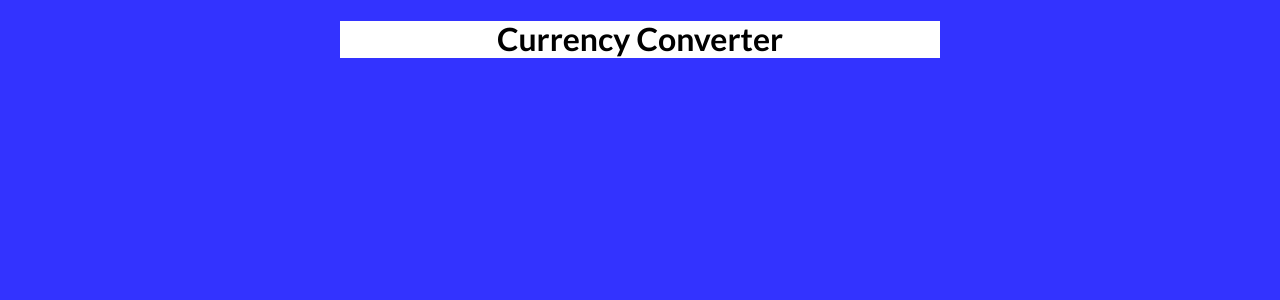
Repository: kkasperczyk/currency-converter
Page: index.html
An editor plug-in stored every save of this project. The page is shown before and after the next save, followed by the edit.
The browser window is 1280 px wide. The pictures show the whole page.

Above is the page before, as saved 2020-06-15 21:56:33.

After the next save:
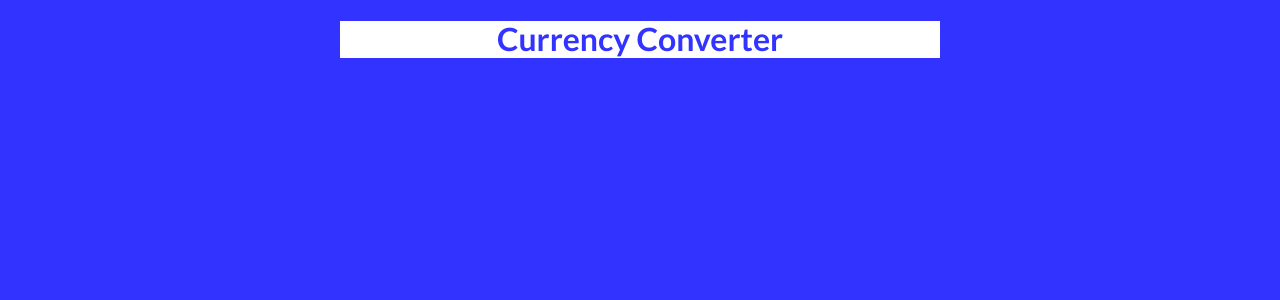
Saved 17 s later.
--- a/css/header.css
+++ b/css/header.css
@@ -3,5 +3,5 @@
 }
 
 .header__title {
-
+    color: hsl(240, 100%, 60%);
 }
